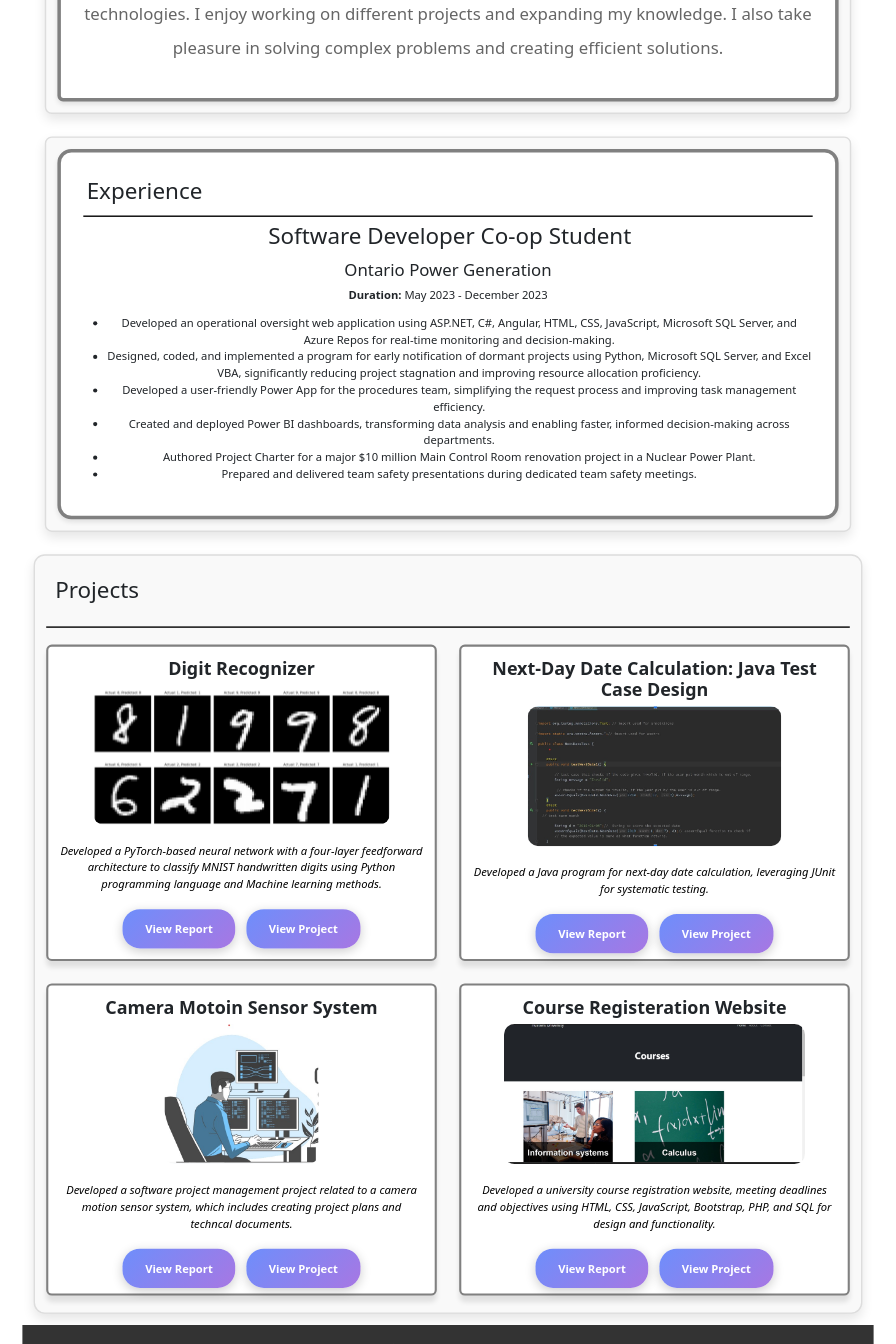
Repository: AkshatKapo/My-Portfolio
Page: /
These files come from the project's save history. The page is drawn as it stood at one moment and after a run of saves; the edit follows.
The browser window is 1280 px wide. The pictures show the part of the page from y = 777 to 2697 px (the page is 2850 px tall before and 2958 px after), at 70% of full size.
The project was rebuilt for these pictures with package versions that can differ from the ones it lists, and the page was loaded fresh each time. Also part of the build but not shown: vite.config.js.

Above is the page before, as saved 2024-06-14 16:37:13.

### index.html
<!DOCTYPE html>
<html lang="en">
  <head>
    <meta charset="UTF-8" />
    <link rel="stylesheet" href="https://cdnjs.cloudflare.com/ajax/libs/font-awesome/6.0.0-beta3/css/all.min.css">
    <link rel="stylesheet" href="https://maxcdn.bootstrapcdn.com/bootstrap/4.5.2/css/bootstrap.min.css">

    <meta name="viewport" content="width=device-width, initial-scale=1.0" />
    <title>Vite + React</title>
  </head>
  <body>
    <div id="root"></div>
    <script type="module" src="/src/main.jsx"></script>
  </body>
</html>

### src/main.jsx
import React from 'react'
import ReactDOM from 'react-dom/client'
import App from './App'
import './index.css'
import 'bootstrap/dist/css/bootstrap.min.css';


ReactDOM.createRoot(document.getElementById('root')).render(
  <React.StrictMode>
    <App />
  </React.StrictMode>,
)

### src/App.jsx
import { useEffect } from 'react';
import './App.css';
import Header from './components/Header';
import Home from './components/Home';
import About from './components/About';
import Experience from './components/Experience'; // Corrected import path
import Projects from './components/projects';
import Contact from './components/Contact';
// import Skill from './components/skill'
function App() {
  useEffect(() => {
    function reveal() {
      let reveals = document.querySelectorAll(".reveal");// stores all the elements with class reveal into an array

      for (var i = 0; i < reveals.length; i++) { // iterates through reveals array, takes the each element with class reveals
        let windowHeight = window.innerHeight; // gets the height of the view port
        let elementTop = reveals[i].getBoundingClientRect().top;// gets the postion of the element relative to the view port
        let sectionHeight = reveals[i].offsetHeight;// calculates the hieght of the element
        let elementVisible = windowHeight - elementTop > 0 ? windowHeight - elementTop : 0;// calculates the porton  of the element visible(Dstance between the top of the view port  and bottom of visible part of  the element)
        let visibilityRatio = elementVisible / sectionHeight; // Fraction of the element visible

        if (visibilityRatio > 0.5) {  // if the visibility ratio is greater than half then it will make it visible
          reveals[i].classList.add("active");// add class actve to the element to make it visible
        } else { // if its less than 0.5 than it wll not display it or remove the class
          reveals[i].classList.remove("active");
        }
      }
    }

    window.addEventListener("scroll", reveal);// Add scroll as event listenere because wewe want to dsplay elements as user scrolls down

    // Call reveal initially to check the visibility of elements when the component mounts
    reveal();

    // Cleanup function to remove event listener when component unmounts
    return () => {
      window.removeEventListener("scroll", reveal);
    };
  }, []);


  return (
    <div>
      <Header />
      <Home />
      <About />
      <Experience />
      <Projects />
      <Contact />

    </div>
  );
}

export default App;

/*
Mount: useEffect runs, reveal function defined and called, scroll event listener added.
Scroll: Each scroll triggers the reveal function to recalculate and update element visibility.
Unmount: Cleanup function removes the scroll event listener.
*/

### src/index.css
body {
    font-family: 'Segoe UI', Tahoma, Geneva, Verdana, sans-serif;
    background-color:#ccddff;
    color:black;
    margin: 0;
    padding: 0;
  }


  #root {
    display: flex;
    flex-direction: column;
    min-height: 100vh;
  }

### src/App.css
#root {
  max-width: 1280px;
  margin: 0 auto;
  padding: 2rem;
  text-align: center;
}
.reveal {
  opacity: 0;
  transform: translateY(100px);
  transition: opacity 0.6s ease-out, transform 0.6s ease-out;
}

.reveal.active {
  opacity: 1;
  transform: translateY(0);
}

### src/components/Header.jsx
import React from 'react'
import './Header.css'

const Header = () => {
  return (
    <header>
      <h1 className='title'>AK</h1>
      <nav>
        <ul>
          <li><a href="#home">Home</a></li>
          <li><a href="#about">About</a></li>
          <li><a href="#skills">Skills</a></li>
          <li><a href="#projects">Projects</a></li>
          <li><a href="/Akshat_Kapoor_Resume.pdf">Resume</a></li>
        </ul>
      </nav>
    </header>
  )
}

export default Header

### src/components/Home.jsx
import React from "react";
import "./Home.css";

const Home = () => {
  return (
    <div className="reveal">
      <section id="home">
        <div className="home-content">
          <div className="text-content">
            <h3>Hello, I'm</h3>
            <h1>Akshat Kapoor</h1>
            <h4>A fourth year Software Engineering student</h4>
            <div className="social-icons">
              <a href="https://github.com/yourusername" target="_blank" rel="noopener noreferrer">
                <i className="fab fa-github"></i>
              </a>
              <a href="https://www.linkedin.com/in/yourusername" target="_blank" rel="noopener noreferrer">
                <i className="fab fa-linkedin"></i>
              </a>
              <a href="mailto:youremail@gmail.com" target="_blank" rel="noopener noreferrer">
                <i className="fas fa-envelope"></i>
              </a>
            </div>
          </div>
          <div className="separator"></div>  {/* Added separator */}
          <div className="image-content">
            <img
              src="/mnt/data/image.png"
              alt="Akshat Kapoor"
              className="profile-image"
            />
          </div>
        </div>
      </section>
    </div>
  );
};

export default Home;

### src/components/About.jsx
import React from 'react';
import './About.css';

function About() {
  return (
    <section id="about">
      <div id='about-content'>
       <h2>About Me</h2>
       <div className='seperator'>


       </div>
       <p>I am a dedicated and passionate fourth-year Software Engineering student at Ontario Tech University. Over the years, I've developed my skills in various programming languages and technologies. I enjoy working on different projects and expanding my knowledge. I also take pleasure in solving complex problems and creating efficient solutions. </p>
      </div>
    </section>
  );
}

export default About;

### src/components/Experience.jsx
import React from 'react'
import './Experience.css'

const Experience = () => {
  return (
    <div className="reveal">
      <section id="experience">
        <div id="experience-content">
          <h2>Experience</h2>
          <div className="divider1"></div>
          <div>
            <h3>Software Developer Co-op Student</h3>
            <h4>Ontario Power Generation</h4>
            <p>
              <strong>Duration:</strong> May 2023 - December 2023
            </p>
            <ul>
              <li>Developed an operational oversight web application using ASP.NET, C#, Angular, HTML, CSS, JavaScript, Microsoft SQL Server, and Azure Repos for real-time monitoring and decision-making.</li>
              <li>Designed, coded, and implemented a program for early notification of dormant projects using Python, Microsoft SQL Server, and Excel VBA, significantly reducing project stagnation and improving resource allocation proficiency.</li>
              <li>Developed a user-friendly Power App for the procedures team, simplifying the request process and improving task management efficiency.</li>
              <li>Created and deployed Power BI dashboards, transforming data analysis and enabling faster, informed decision-making across departments.</li>
              <li>Authored Project Charter for a major $10 million Main Control Room renovation project in a Nuclear Power Plant.</li>
              <li>Prepared and delivered team safety presentations during dedicated team safety meetings.</li>
            </ul>
          </div>
        </div>
      </section>
    </div>
  )
}

export default Experience

### src/components/Contact.jsx
import React from "react";
import "./Contact.css";

const Contact = () => {
  return (
    <footer id="footer">
      <div className="footer-content">
        <ul className="footer-icons">
          <li>
            <a
              href="https://github.com/yourusername"
              target="_blank"
              rel="noopener noreferrer"
            >
              <i className="fab fa-github"></i>
            </a>
          </li>
          <li>
            <a
              href="https://www.linkedin.com/in/yourusername"
              target="_blank"
              rel="noopener noreferrer"
            >
              <i className="fab fa-linkedin"></i>
            </a>
          </li>
          <li>
            <a
              href="mailto:youremail@gmail.com"
              target="_blank"
              rel="noopener noreferrer"
            >
              <i className="fas fa-envelope"></i>
            </a>
          </li>
        </ul>

      </div>
      <p className="footer-copy">© 2024 Akshat Kapoor</p>
    </footer>
  );
};

export default Contact;

### src/components/Header.css
header {
  background-color: #333;
  color: white;
  padding: 2%;
  display: flex;
  justify-content: space-between;
  align-items: center;

    /* text-align: center; */
  }
  .title {
    font-family: 'Helvetica', sans-serif;
    font-size: 50px;
    background:white;
    -webkit-background-clip: text;
    color: transparent;
  }


  nav ul {
    list-style-type: none;
    padding: 0;
    margin: 0;
    display: flex;
  }

  nav ul li {
    margin: 0 1rem;
  }

  nav ul li a {
    color: white;
    text-decoration: none;
    font-size: 150%;
  }

### src/components/Home.css
@import url('https://fonts.googleapis.com/css2?family=Roboto:wght@300;400;700&display=swap');

#home {
  padding: 1rem;
  display: flex;
  justify-content: center;
  align-items: center;
  background-color: #f9f9f9;
  border: 2px solid #ddd; /* Light border */
  border-radius: 10px; /* Rounded corners */
  margin: 2rem; /* Margin to ensure it doesn’t touch the edges of the container */

}

.home-content {
  display: flex;
  justify-content: space-between;
  width: 100%;
  max-width: 1200px; /* Adjust the max-width as needed */
  background: #fff; /* Background for the content */
  padding: 2rem; /* Padding around the content */
  box-shadow: 0 4px 8px rgba(0, 0, 0, 0.1); /* Shadow for styling */
  border-radius: 8px; /* Rounded corners */
}

.text-content {
  flex: 1;
  padding-right: 1rem;
  font-family: 'Roboto', sans-serif;

}

.text-content h2 {
  font-size: 2.5rem; /* Adjust the font size as needed */
  font-weight: 900;
  color: #333;
  margin-bottom: 1rem;

}

.text-content p {
  font-size: 1rem; /* Adjust the font size as needed */
  line-height: 1.6; /* Adjust the line height as needed */
  color: #666;
  font-weight: 300;
}

.separator {
  width: 1px;
  background-color: #333;
  height: 250px; /* Adjust the height as needed */
}

.image-content {
  flex: 1;
  display: flex;
  justify-content: center;
}

.profile-image {
  width: 250px;
  height: 250px;
  border-radius: 50%;
  object-fit: cover;
 }

 .social-icons {
  display: flex;
  gap: 30px; /* Adjust the spacing between icons */
  justify-content: center;
}

.social-icons a {
  color: #000; /* Change the color if needed */
  text-decoration: none;
}

.social-icons .icon {
  width: 40px; /* Adjust the size of the icons */
  height: 40px; /* Adjust the size of the icons */
}

.social-icons i {
  font-size: 40px; /* Adjust the size of the font-awesome icons */
}

/* Add hover effect if desired */
.social-icons a:hover {
  opacity: 0.7; /* Example hover effect */
}

### src/components/About.css
#about {
  padding: 1rem;
  display: flex;
  background-color: #f9f9f9;
  border: 2px solid #ddd; /* Light border */
  border-radius: 10px; /* Rounded corners */
  box-shadow: 0 8px 16px rgba(0, 0, 0, 0.1); /* Shadow for depth */
  margin: 2rem; /* Margin to ensure it doesn’t touch the edges of the container */



}
#about-content {
  display: table-column;
  justify-content: space-between;
  width: 100%;
  max-width: 1200px; /* Adjust the max-width as needed */
  background: #fff; /* Background for the content */
  padding: 2rem; /* Padding around the content */
  box-shadow: 0 4px 8px rgba(0, 0, 0, 0.1); /* Shadow for styling */
  border-radius: 8px; /* Rounded corners */
}


#about h2 {
  font-size: 2rem;
  text-align: left; /* This will align the heading to the left */
  margin-bottom: 1rem; /* Adding some space between the heading and the paragraph */
  margin-top: 0.2rem;
  margin-left: 0.3rem;


}
.seperator {
  border-top: 2px solid black;
  width: 100%; /* Adjust as needed */
  margin: 20px 3; /* Adjust as needed */
}

#about p {
  font-size: 1.5rem; /* Adjust the font size as needed */
  line-height: 2; /* Adjust the line height as needed */
  color: #666;
  font-weight: 300;
  }
#about {
  padding: 1rem;
  display: flex;
  background-color: #f9f9f9;
  border: 2px solid #ddd; /* Light border */
  border-radius: 10px; /* Rounded corners */
  box-shadow: 0 8px 16px rgba(0, 0, 0, 0.1); /* Shadow for depth */
  margin: 2rem; /* Margin to ensure it doesn’t touch the edges of the container */



}
#about-content {
  display: table-column;
  justify-content: space-between;
  width: 100%;
  max-width: 1200px; /* Adjust the max-width as needed */
  background: #fff; /* Background for the content */
  padding: 2rem; /* Padding around the content */
  box-shadow: 0 4px 8px rgba(0, 0, 0, 0.1); /* Shadow for styling */
  border-radius: 8px; /* Rounded corners */
  border: 5px solid grey

}


#about h2 {
  font-size: 2rem;
  text-align: left; /* This will align the heading to the left */
  margin-bottom: 1rem; /* Adding some space between the heading and the paragraph */
  margin-top: 0.2rem;
  margin-left: 0.3rem;


}
.seperator {
  border-top: 2px solid black;
  width: 100%; /* Adjust as needed */
  margin: 20px 3; /* Adjust as needed */
}

#about p {
  font-size: 1.5rem; /* Adjust the font size as needed */
  line-height: 2; /* Adjust the line height as needed */
  color: #666;
  font-weight: 300;
  }

### src/components/Experience.css
#experience {
  padding: 1rem;
  display: flex;
  background-color: #f9f9f9;
  border: 2px solid #ddd; /* Light border */
  border-radius: 10px; /* Rounded corners */
  box-shadow: 0 8px 16px rgba(0, 0, 0, 0.1); /* Shadow for depth */
  margin: 2rem; /* Margin to ensure it doesn’t touch the edges of the container */
  }
  #experience-content{
    display: table-column;
    justify-content: space-between;
    width: 100%;
    max-width: 1200px; /* Adjust the max-width as needed */
    background: #fff; /* Background for the content */
    padding: 2rem; /* Padding around the content */
    box-shadow: 0 4px 8px rgba(0, 0, 0, 0.1); /* Shadow for styling */
    border-radius: 20px; /* Rounded corners */
    border: 5px solid grey;
  }
  #experience h2 {
    font-size: 2rem;
    text-align: left; /* This will align the heading to the left */
    margin-bottom: 1rem; /* Adding some space between the heading and the paragraph */
    margin-top: 0.2rem;
    margin-left: 0.3rem;

  }
  .divider1 {
    border-top: 2px solid black;
    width: 100%; /* Adjust as needed */
    margin: 20px 3; /* Adjust as needed */
  }
  #experience h3 {
    font-size: 2rem;
    text-align: center;
    margin-bottom: 1rem; /* Adding some space between the heading and the paragraph */
    margin-top: 0.5rem;
    margin-left: 0.3rem;

  }
  .experience-content ul {
    list-style-type: disc; /* or another type of bullet, like circle or square */
    margin-left: 20px;
  }

  .experience-content li {
    margin-bottom: 10px;
  }

### src/components/Contact.css
#footer {
  background-color: #333;
  padding: 1rem 0;
  text-align: center;
  color: white;
}

.footer-content {
  display: flex;
  justify-content: center;
  align-items: center;
  margin-bottom: 1rem;
}

.footer-icons {
  list-style: none;
  padding: 0;
  margin: 0;
  text-align: center;
}

.footer-icons li {
  display: inline-block;
  margin: 0 20px; /* Increased margin for more gap between icons */
}

.footer-icons li a {
  color: grey; /* Change color as needed */
  font-size: 40px; /* Adjust size as needed */
  text-decoration: none;
}

.footer-icons li a:hover {
  color: #007bff; /* Change color on hover as needed */
}
.footer-copy {
  margin-top: 1rem;
  font-size: 16px;
  color: #aaa;
}

Loaded but not shown: src/components/projects.css (103 lines, source omitted); src/components/projects.jsx (77 lines, source omitted)

After the next 2 saves:
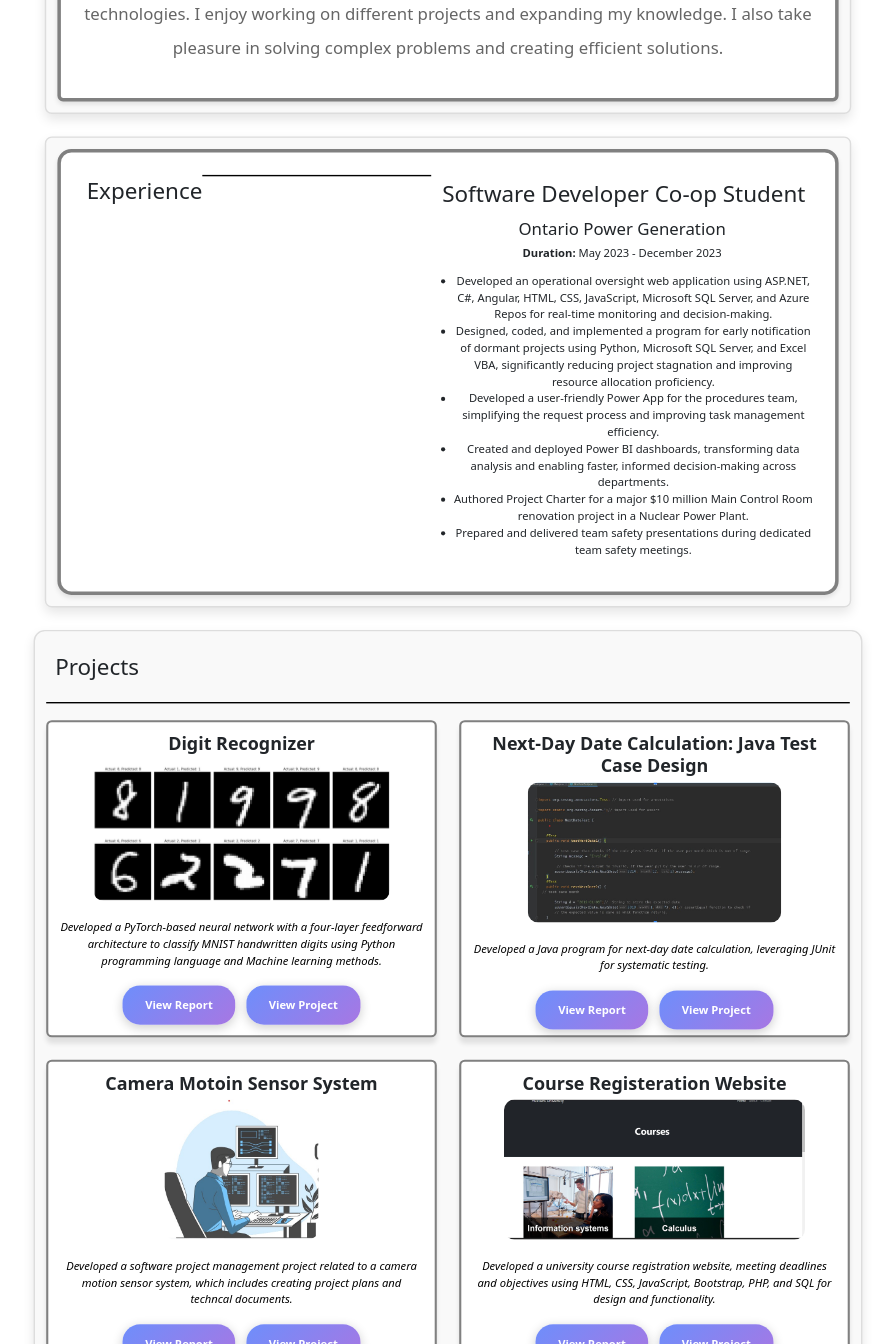
The 2 saves are shown as one change because they came seconds apart.
The last was saved 43 s later.
--- a/src/components/Experience.css
+++ b/src/components/Experience.css
@@ -8,7 +8,7 @@
   margin: 2rem; /* Margin to ensure it doesn’t touch the edges of the container */
   }
   #experience-content{
-    display: table-column;
+    display: flex;
     justify-content: space-between;
     width: 100%;
     max-width: 1200px; /* Adjust the max-width as needed */

After the save that followed:
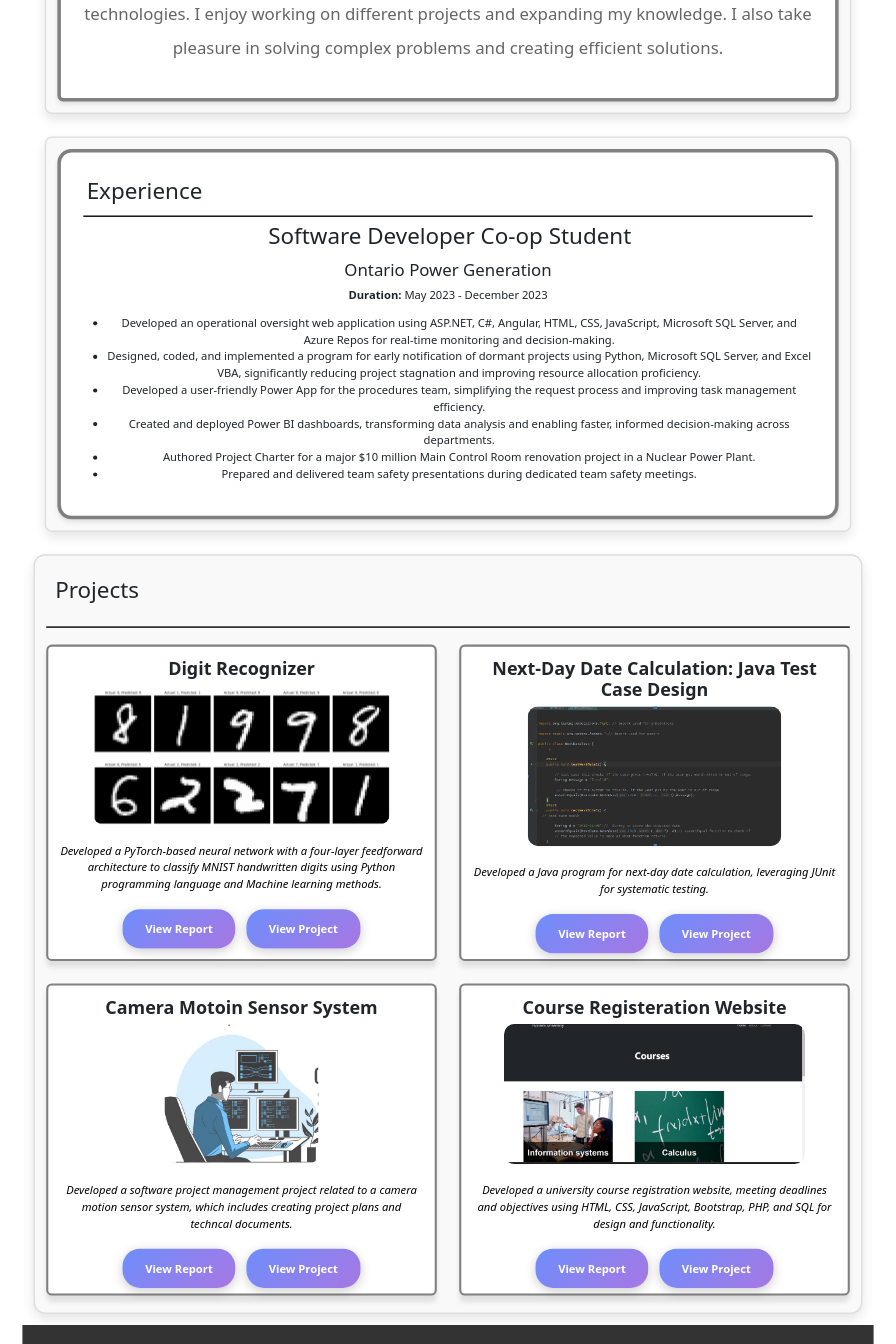
Saved 58 s later.
--- a/src/components/Experience.css
+++ b/src/components/Experience.css
@@ -8,7 +8,7 @@
   margin: 2rem; /* Margin to ensure it doesn’t touch the edges of the container */
   }
   #experience-content{
-    display: flex;
+    display: table-column;
     justify-content: space-between;
     width: 100%;
     max-width: 1200px; /* Adjust the max-width as needed */
